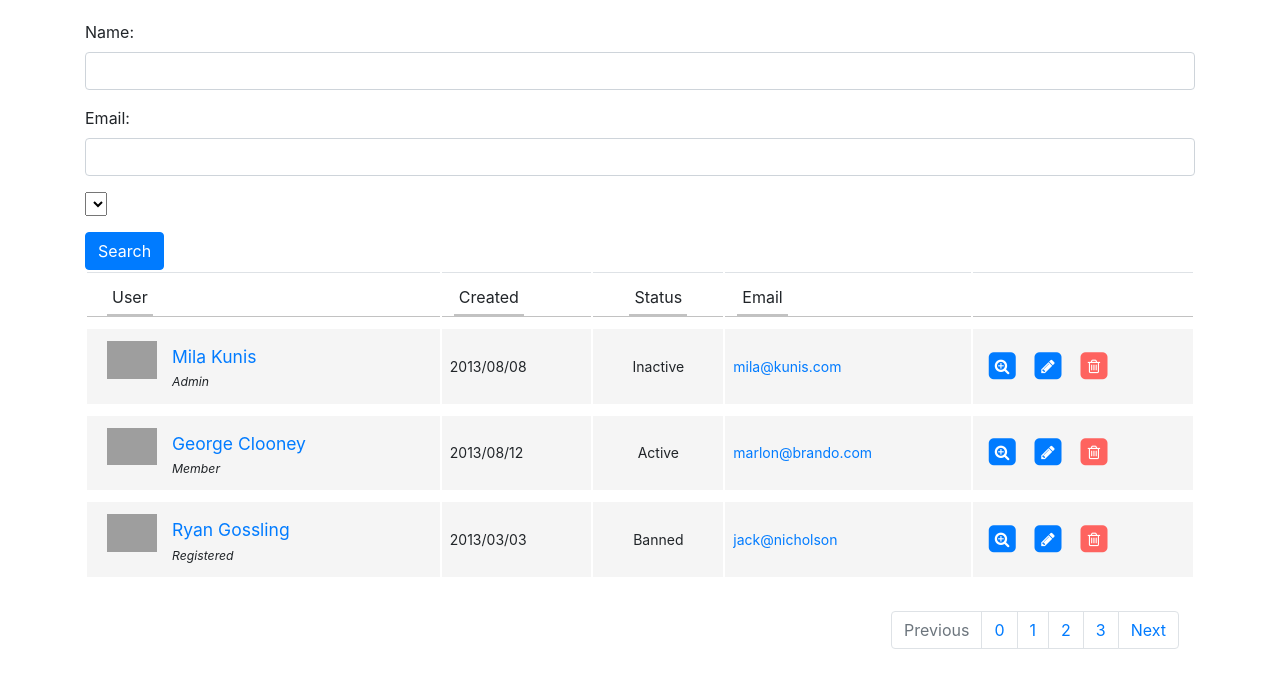
Repository: tienhoang123/Demo
Page: http://localhost/User/WEB-INF/views/user/list.jsp
An editor plug-in stored every save of this project. The page is shown before and after the next save, followed by the edit.
The browser window is 1280 px wide. The pictures show the whole page.
Pictures or frames that could not be fetched are drawn as grey boxes. Some web libraries are served in a nearby version. The page is served by Tomcat 9. Nobody is signed in. Other server files are loaded and not shown. The template is opened directly, without the code that normally fills it, so the values that code supplies are empty.

Above is the page before, as saved 2019-10-14 09:21:42.
Console error: TypeError: Cannot read properties of undefined (reading 'fn')

### DemoCrud/User/src/main/webapp/WEB-INF/views/user/list.jsp
<%@ page language="java" contentType="text/html; charset=UTF-8"
	pageEncoding="UTF-8"%><!DOCTYPE html>
<%@ taglib uri="http://java.sun.com/jsp/jstl/core" prefix="c"%>
<%@ taglib prefix="form" uri="http://www.springframework.org/tags/form"%>
<%@ taglib prefix="fmt" uri="http://java.sun.com/jsp/jstl/fmt"%>
<c:url var="formUrl" value="/home"/>
<html>
<head>
<meta http-equiv="Content-Type" content="text/html; charset=UTF-8">
<title>Home</title>
<link
	href="https://maxcdn.bootstrapcdn.com/font-awesome/4.3.0/css/font-awesome.min.css"
	rel="stylesheet">
<link
	href="<c:url value='/resources/css/boostrapcss/bootstrap.min.css' />"
	rel="stylesheet" id="bootstrap-css">
<script
	src="<c:url value='/resources/js/bootstrapjs/bootstrap.min.js' />"></script>
<script
	src="https://ajax.googleapis.com/ajax/libs/jquery/3.4.1/jquery.min.js"></script>
<link href="<c:url value='/resources/css/home.css' />" rel="stylesheet">
</head>
<body>
	<div class="container">
		<div class="row">
			<div class="col-lg-12">
				<div class="main-box clearfix">
					<div class="table-responsive">
						<form:form commandName="model" action="${formUrl}" id="listForm"
							method="GET">
							<div class="form-group">
								<label for="usr">Name:</label>
								<form:input path="userName" cssClass="form-control" id="usr"
									name="username" />
							</div>
							<div class="form-group">
								<label for="pwd">Email:</label>
								<form:input path="email" cssClass="form-control" id="usr"
									name="email" />
							</div>
							<div class="form-group">

								<form:select path="maxPageItems" id="maxitem"
									cssClass="mdb-select md-form">
									 <form:options items="${model.changeRecord}" />
								</form:select>
							</div>
							<button id = "btnSearch" type="submit" class="btn btn-primary">Search</button>

						</form:form>
						<table class="table user-list">
							<thead>
								<tr>
									<th><span>User</span></th>
									<th><span>Created</span></th>
									<th class="text-center"><span>Status</span></th>
									<th><span>Email</span></th>
									<th>&nbsp;</th>
								</tr>
							</thead>
							<tbody>
								<tr>
									<td><img
										src="https://bootdey.com/img/Content/avatar/avatar1.png"
										alt=""> <a href="#" class="user-link">Mila Kunis</a> <span
										class="user-subhead">Admin</span></td>
									<td>2013/08/08</td>
									<td class="text-center"><span class="label label-default">Inactive</span>
									</td>
									<td><a href="#">mila@kunis.com</a></td>
									<td style="width: 20%;"><a href="#" class="table-link">
											<span class="fa-stack"> <i
												class="fa fa-square fa-stack-2x"></i> <i
												class="fa fa-search-plus fa-stack-1x fa-inverse"></i>
										</span>
									</a> <a href="#" class="table-link"> <span class="fa-stack">
												<i class="fa fa-square fa-stack-2x"></i> <i
												class="fa fa-pencil fa-stack-1x fa-inverse"></i>
										</span>
									</a> <a href="#" class="table-link danger"> <span
											class="fa-stack"> <i class="fa fa-square fa-stack-2x"></i>
												<i class="fa fa-trash-o fa-stack-1x fa-inverse"></i>
										</span>
									</a></td>
								</tr>
								<tr>
									<td><img
										src="https://bootdey.com/img/Content/avatar/avatar2.png"
										alt=""> <a href="#" class="user-link">George Clooney</a>
										<span class="user-subhead">Member</span></td>
									<td>2013/08/12</td>
									<td class="text-center"><span class="label label-success">Active</span>
									</td>
									<td><a href="#">marlon@brando.com</a></td>
									<td style="width: 20%;"><a href="#" class="table-link">
											<span class="fa-stack"> <i
												class="fa fa-square fa-stack-2x"></i> <i
												class="fa fa-search-plus fa-stack-1x fa-inverse"></i>
										</span>
									</a> <a href="#" class="table-link"> <span class="fa-stack">
												<i class="fa fa-square fa-stack-2x"></i> <i
												class="fa fa-pencil fa-stack-1x fa-inverse"></i>
										</span>
									</a> <a href="#" class="table-link danger"> <span
											class="fa-stack"> <i class="fa fa-square fa-stack-2x"></i>
												<i class="fa fa-trash-o fa-stack-1x fa-inverse"></i>
										</span>
									</a></td>
								</tr>
								<tr>
									<td><img
										src="https://bootdey.com/img/Content/avatar/avatar3.png"
										alt=""> <a href="#" class="user-link">Ryan Gossling</a>
										<span class="user-subhead">Registered</span></td>
									<td>2013/03/03</td>
									<td class="text-center"><span class="label label-danger">Banned</span>
									</td>
									<td><a href="#">jack@nicholson</a></td>
									<td style="width: 20%;"><a href="#" class="table-link">
											<span class="fa-stack"> <i
												class="fa fa-square fa-stack-2x"></i> <i
												class="fa fa-search-plus fa-stack-1x fa-inverse"></i>
										</span>
									</a> <a href="#" class="table-link"> <span class="fa-stack">
												<i class="fa fa-square fa-stack-2x"></i> <i
												class="fa fa-pencil fa-stack-1x fa-inverse"></i>
										</span>
									</a> <a href="#" class="table-link danger"> <span
											class="fa-stack"> <i class="fa fa-square fa-stack-2x"></i>
												<i class="fa fa-trash-o fa-stack-1x fa-inverse"></i>
										</span>
									</a></td>
								</tr>
							</tbody>
						</table>
					</div>

					<nav aria-label="...">
						<ul class="pagination justify-content-end mt-3 mr-3">
							<li class="page-item disabled"><span class="page-link">Previous</span>
							</li>
							<c:forEach begin="0" end="${model.listResult().size()}" varStatus="loop">
							  <li class="page-item"><a class="page-link" href="${formUrl}?page=${loop.index}">${loop.index}</a></li>
							</c:forEach>
							<li class="page-item"><a class="page-link" href="#">1</a></li>
							<li class="page-item"><a class="page-link" href="#">2</a></li>
							<li class="page-item"><a class="page-link" href="#">3</a></li>
							<li class="page-item"><a class="page-link" href="#">Next</a>
							</li>
						</ul>
					</nav>


				</div>
			</div>
		</div>
	</div>
</body>
</html>

### DemoCrud/User/src/main/webapp/resources/css/home.css

body{margin-top:20px;}


/* USER LIST TABLE */
.user-list tbody td > img {
    position: relative;
	max-width: 50px;
	float: left;
	margin-right: 15px;
}
.user-list tbody td .user-link {
	display: block;
	font-size: 1.25em;
	padding-top: 3px;
	margin-left: 60px;
}
.user-list tbody td .user-subhead {
	font-size: 0.875em;
	font-style: italic;
}

/* TABLES */
.table {
    border-collapse: separate;
}
.table-hover > tbody > tr:hover > td,
.table-hover > tbody > tr:hover > th {
	background-color: #eee;
}
.table thead > tr > th {
	border-bottom: 1px solid #C2C2C2;
	padding-bottom: 0;
}
.table tbody > tr > td {
	font-size: 0.875em;
	background: #f5f5f5;
	border-top: 10px solid #fff;
	vertical-align: middle;
	padding: 12px 8px;
}
.table tbody > tr > td:first-child,
.table thead > tr > th:first-child {
	padding-left: 20px;
}
.table thead > tr > th span {
	border-bottom: 2px solid #C2C2C2;
	display: inline-block;
	padding: 0 5px;
	padding-bottom: 5px;
	font-weight: normal;
}
.table thead > tr > th > a span {
	color: #344644;
}
.table thead > tr > th > a span:after {
	content: "\f0dc";
	font-family: FontAwesome;
	font-style: normal;
	font-weight: normal;
	text-decoration: inherit;
	margin-left: 5px;
	font-size: 0.75em;
}
.table thead > tr > th > a.asc span:after {
	content: "\f0dd";
}
.table thead > tr > th > a.desc span:after {
	content: "\f0de";
}
.table thead > tr > th > a:hover span {
	text-decoration: none;
	color: #2bb6a3;
	border-color: #2bb6a3;
}
.table.table-hover tbody > tr > td {
	-webkit-transition: background-color 0.15s ease-in-out 0s;
	transition: background-color 0.15s ease-in-out 0s;
}
.table tbody tr td .call-type {
	display: block;
	font-size: 0.75em;
	text-align: center;
}
.table tbody tr td .first-line {
	line-height: 1.5;
	font-weight: 400;
	font-size: 1.125em;
}
.table tbody tr td .first-line span {
	font-size: 0.875em;
	color: #969696;
	font-weight: 300;
}
.table tbody tr td .second-line {
	font-size: 0.875em;
	line-height: 1.2;
}
.table a.table-link {
	margin: 0 5px;
	font-size: 1.125em;
}
.table a.table-link:hover {
	text-decoration: none;
	color: #2aa493;
}
.table a.table-link.danger {
	color: #fe635f;
}
.table a.table-link.danger:hover {
	color: #dd504c;
}

.table-products tbody > tr > td {
	background: none;
	border: none;
	border-bottom: 1px solid #ebebeb;
	-webkit-transition: background-color 0.15s ease-in-out 0s;
	transition: background-color 0.15s ease-in-out 0s;
	position: relative;
}
.table-products tbody > tr:hover > td {
	text-decoration: none;
	background-color: #f6f6f6;
}
.table-products .name {
	display: block;
	font-weight: 600;
	padding-bottom: 7px;
}
.table-products .price {
	display: block;
	text-decoration: none;
	width: 50%;
	float: left;
	font-size: 0.875em;
}
.table-products .price > i {
	color: #8dc859;
}
.table-products .warranty {
	display: block;
	text-decoration: none;
	width: 50%;
	float: left;
	font-size: 0.875em;
}
.table-products .warranty > i {
	color: #f1c40f;
}
.table tbody > tr.table-line-fb > td {
	background-color: #9daccb;
	color: #262525;
}
.table tbody > tr.table-line-twitter > td {
	background-color: #9fccff;
	color: #262525;
}
.table tbody > tr.table-line-plus > td {
	background-color: #eea59c;
	color: #262525;
}
.table-stats .status-social-icon {
	font-size: 1.9em;
	vertical-align: bottom;
}
.table-stats .table-line-fb .status-social-icon {
	color: #556484;
}
.table-stats .table-line-twitter .status-social-icon {
	color: #5885b8;
}
.table-stats .table-line-plus .status-social-icon {
	color: #a75d54;
}

Loaded but not shown: DemoCrud/User/src/main/webapp/resources/css/boostrapcss/bootstrap.min.css (library); DemoCrud/User/src/main/webapp/resources/js/boostrapjs/bootstrap.min.js (library)

After the next save:
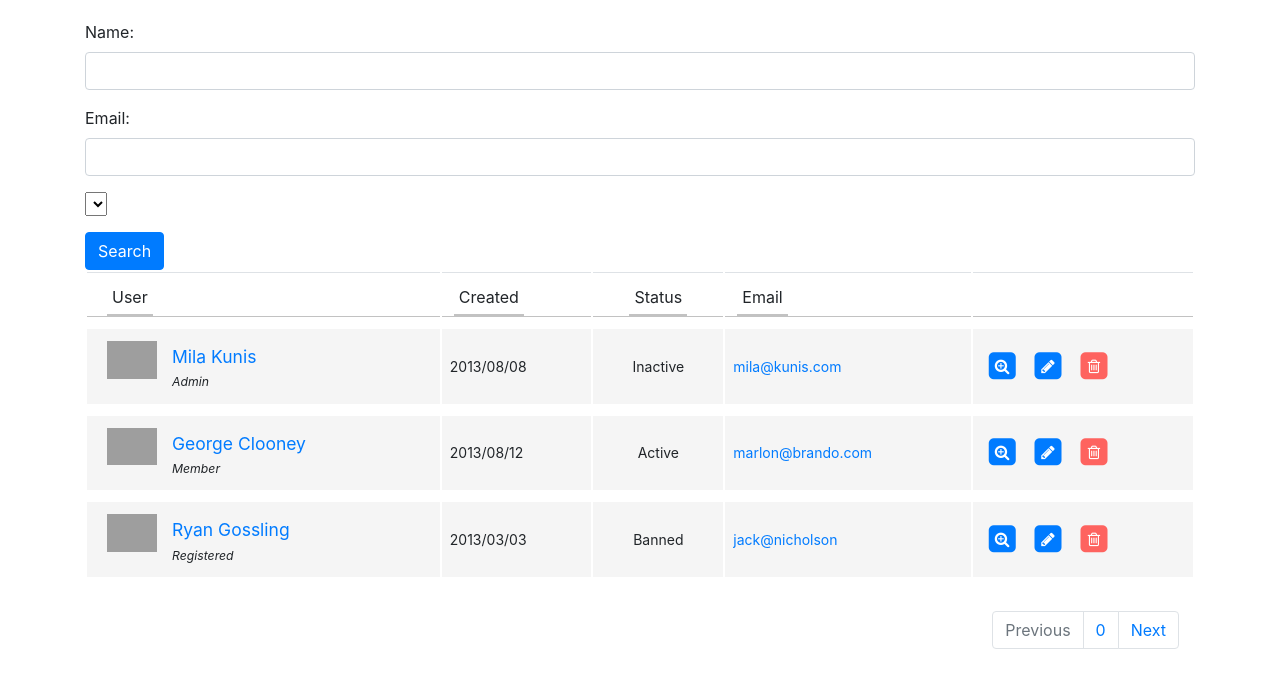
Saved 7 s later.
--- a/DemoCrud/User/src/main/webapp/WEB-INF/views/user/list.jsp
+++ b/DemoCrud/User/src/main/webapp/WEB-INF/views/user/list.jsp
@@ -142,9 +142,7 @@
 							<c:forEach begin="0" end="${model.listResult().size()}" varStatus="loop">
 							  <li class="page-item"><a class="page-link" href="${formUrl}?page=${loop.index}">${loop.index}</a></li>
 							</c:forEach>
-							<li class="page-item"><a class="page-link" href="#">1</a></li>
-							<li class="page-item"><a class="page-link" href="#">2</a></li>
-							<li class="page-item"><a class="page-link" href="#">3</a></li>
+
 							<li class="page-item"><a class="page-link" href="#">Next</a>
 							</li>
 						</ul>
